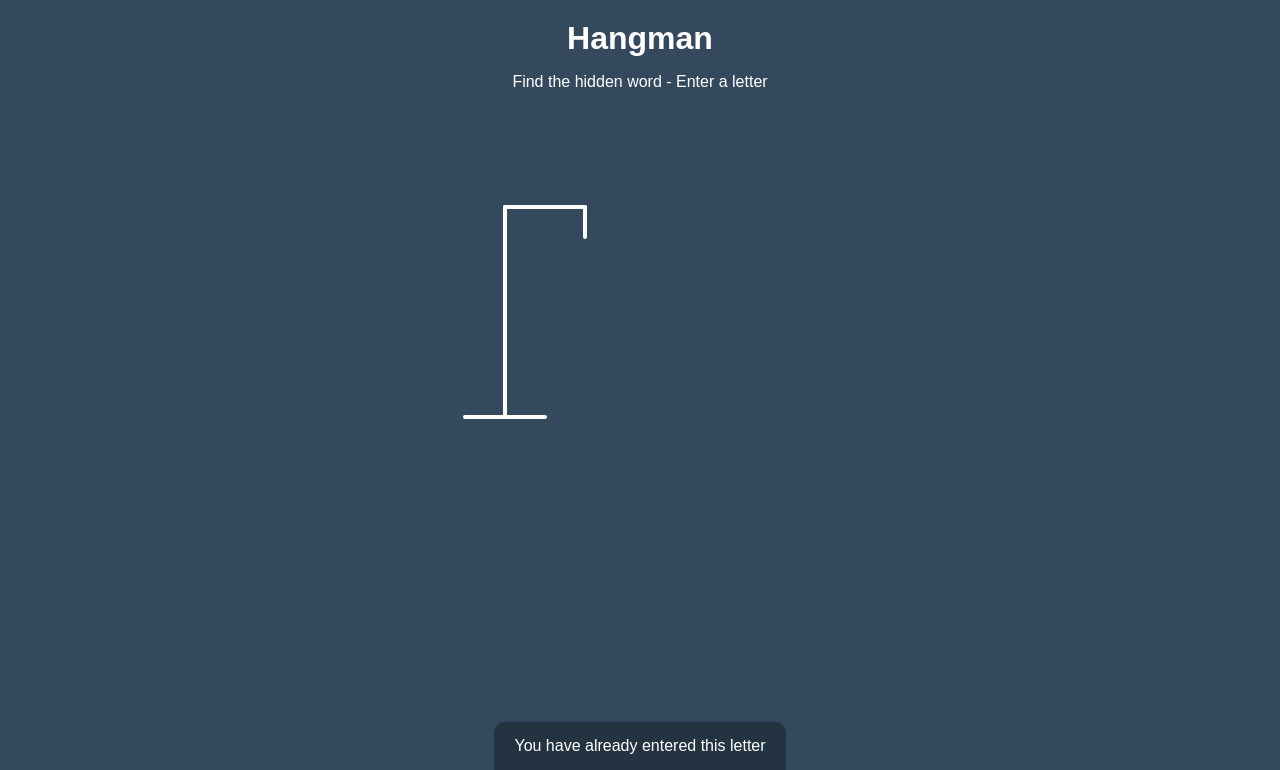
Repository: Youvelop/hangman
Page: index.html
These files come from the project's save history. The page is drawn as it stood at one moment and after the next save; the edit follows.
The browser window is 1280 px wide. The pictures show the whole page.

Above is the page before, as saved 2020-07-08 06:18:46.

### index.html
<!DOCTYPE html>
<html lang="en">
  <head>
    <meta charset="UTF-8" />
    <meta name="viewport" content="width=device-width, initial-scale=1.0" />
    <meta http-equiv="X-UA-Compatible" content="ie=edge" />
    <link rel="stylesheet" href="style.css" />
    <title>Hangman</title>
  </head>
  <body>
    <h1>Hangman</h1>
    <p>Find the hidden word - Enter a letter</p>
    <div class="game-container">
      <svg height="250" width="200" class="figure-container">
        <!-- Rod -->
        <line x1="60" y1="20" x2="140" y2="20" />
        <line x1="140" y1="20" x2="140" y2="50" />
        <line x1="60" y1="20" x2="60" y2="230" />
        <line x1="20" y1="230" x2="100" y2="230" />

        <!-- Head -->
        <circle cx="140" cy="70" r="20" class="figure-part" />
        <!-- Body -->
        <line x1="140" y1="90" x2="140" y2="150" class="figure-part" />
        <!-- Arms -->
        <line x1="140" y1="120" x2="120" y2="100" class="figure-part" />
        <line x1="140" y1="120" x2="160" y2="100" class="figure-part" />
        <!-- Legs -->
        <line x1="140" y1="150" x2="120" y2="180" class="figure-part" />
        <line x1="140" y1="150" x2="160" y2="180" class="figure-part" />
      </svg>

      <div class="wrong-letters-container">
        <div id="wrong-letters"></div>
      </div>

      <div class="word" id="word"></div>
    </div>

    <!-- Container for final message -->
    <div class="popup-container" id="popup-container">
      <div class="popup">
        <h2 id="final-message"></h2>
        <button id="play-button">Play Again</button>
      </div>
    </div>

    <!-- Notification -->
    <div class="notification-container" id="notification-container">
      <p>You have already entered this letter</p>
    </div>

    <script src="script.js"></script>
  </body>
</html>

### style.css
* {
  box-sizing: border-box;
}

body {
  background-color: #34495e;
  color: #fff;
  font-family: Arial, Helvetica, sans-serif;
  display: flex;
  flex-direction: column;
  align-items: center;
  height: 80vh;
  margin: 0;
  overflow: hidden;
}

h1 {
  margin: 20px 0 0;
}

.game-container {
  padding: 20px 30px;
  position: relative;
  margin: auto;
  height: 350px;
  width: 450px;
}

.figure-container {
  fill: transparent;
  stroke: #fff;
  stroke-width: 4px;
  stroke-linecap: round;
}

.figure-part {
  display: none;
}

.wrong-letters-container {
  position: absolute;
  top: 20px;
  right: 20px;
  display: flex;
  flex-direction: column;
  text-align: right;
}

.wrong-letters-container p {
  margin: 0 0 5px;
}

.wrong-letters-container span {
  font-size: 24px;
}

.word {
  display: flex;
  position: absolute;
  bottom: 10px;
  left: 50%;
  transform: translateX(-50%);
}

.letter {
  border-bottom: 3px solid #2980b9;
  display: inline-flex;
  font-size: 30px;
  align-items: center;
  justify-content: center;
  margin: 0 3px;
  height: 50px;
  width: 20px;
}

.popup-container {
  background-color: rgba(0, 0, 0, 0.3);
  position: fixed;
  top: 0;
  bottom: 0;
  left: 0;
  right: 0;
  /* display: flex; */
  display: none;
  align-items: center;
  justify-content: center;
}

.popup {
  background: #2980b9;
  border-radius: 5px;
  box-shadow: 0 15px 10px 3px rgba(0, 0, 0, 0.1);
  padding: 20px;
  text-align: center;
}

.popup button {
  cursor: pointer;
  background-color: #fff;
  color: #2980b9;
  border: 0;
  margin-top: 20px;
  padding: 12px 20px;
  font-size: 16px;
}

.popup button:active {
  transform: scale(0.98);
}

.popup button:focus {
  outline: 0;
}

.notification-container {
  background-color: rgba(0, 0, 0, 0.3);
  border-radius: 10px 10px 0 0;
  padding: 15px 20px;
  position: absolute;
  bottom: -50px;
  transition: transform 0.3s ease-in-out;
}

.notification-container p {
  margin: 0;
}

.notification-container.show {
  transform: translateY(-50px);
}

### script.js
const wordEl = document.getElementById('word');
const wrongLettersEl = document.getElementById('wrong-letters');
const playAgainBtn = document.getElementById('play-button');
const popup = document.getElementById('popup-container');
const notification = document.getElementById('notification-container');
const finalMessage = document.getElementById('final-message');

const figureParts = document.querySelectorAll('.figure-part');
const words = ['application', 'programming', 'interface', 'wizard'];
let selectedWord = words[Math.floor(Math.random() * words.length)];

const correctLetters = ['z', 'w', 'i'];
const wrongLetters = [];

// Show the hidden word
function displayWord() {
  wordEl.innerHTML = `
      ${selectedWord
        .split('')
        .map(
          (letter) => `
            <span class="letter">
              ${correctLetters.includes(letter) ? letter : ''}
            </span>
          `
        )
        .join('')}
    `;

  console.log(wordEl.innerText);
}

After the next save:
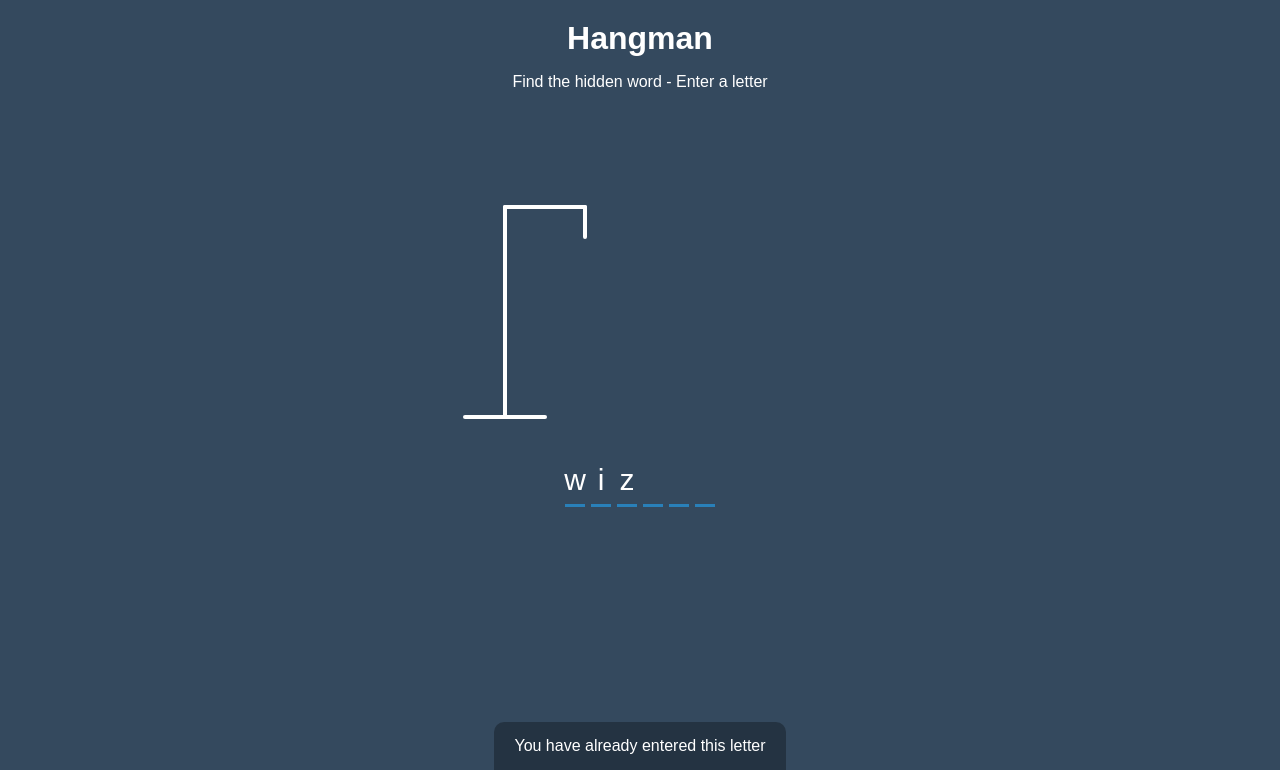
Saved 23 s later.
--- a/script.js
+++ b/script.js
@@ -29,3 +29,5 @@ function displayWord() {
 
   console.log(wordEl.innerText);
 }
+
+displayWord();

After the 3 saves that followed:
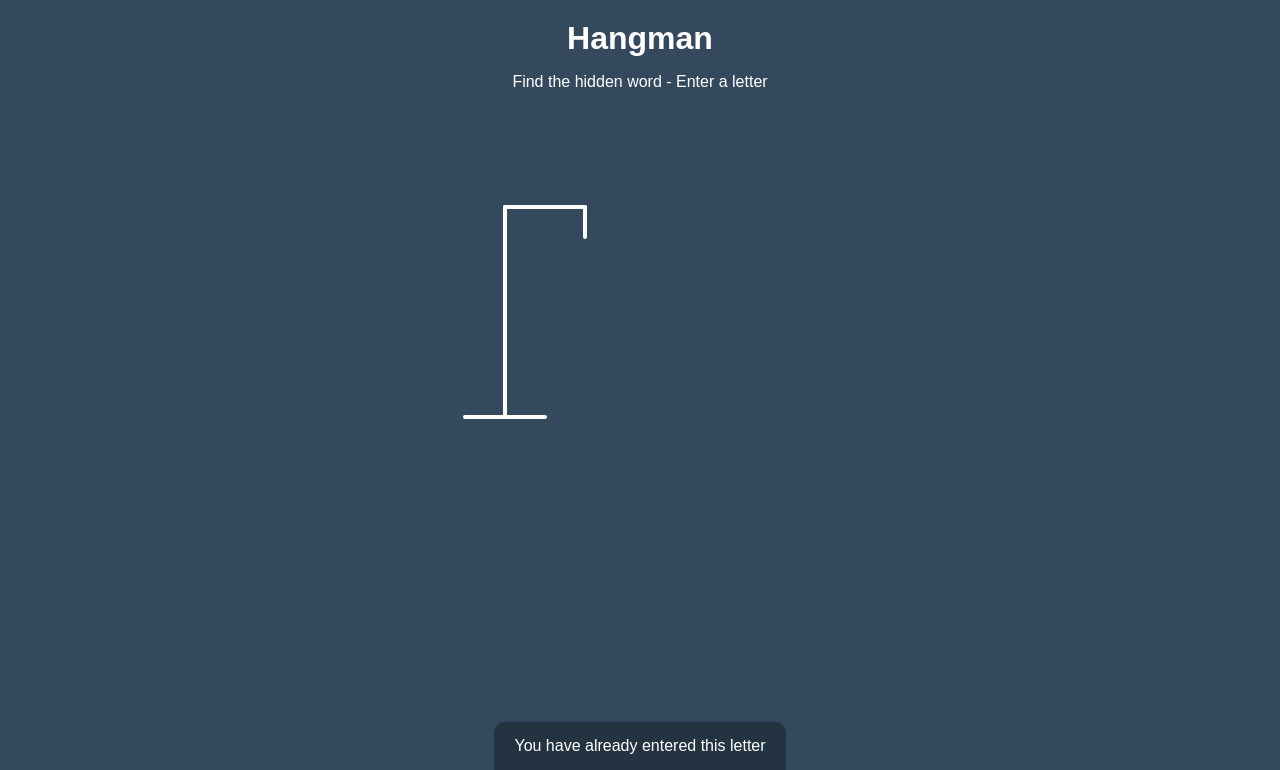
Console error: SyntaxError: Unexpected token '!'
The 3 saves are shown as one change because 2 left the picture as it was.
The last was saved 3 min 2 s later.
--- a/script.js
+++ b/script.js
@@ -26,8 +26,12 @@ function displayWord() {
         )
         .join('')}
     `;
+  const innerWord = wordEl.innerText.replace(/\n/g, '');
 
-  console.log(wordEl.innerText);
+  if(innerWord === selectedWord){
+      finalMessage.innerText = '';Congratulations! You Won!;
+popup.style.display = flex;
+  }
 }
 
 displayWord();
